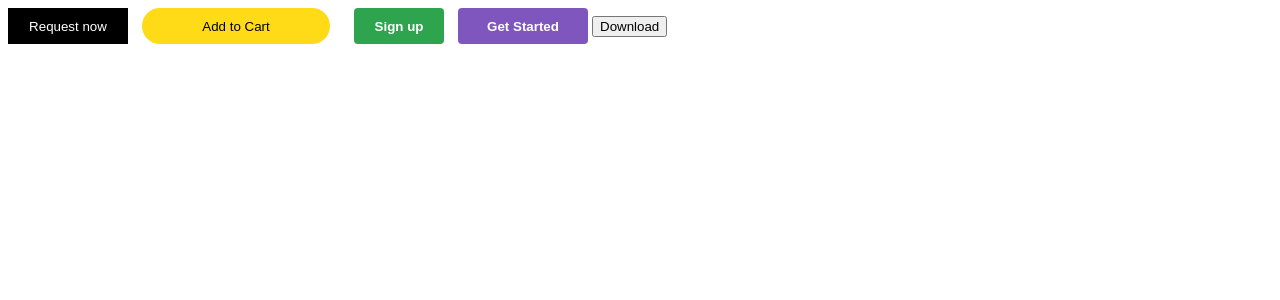
Repository: Kurumilli/Youtube
Page: Exercise3.html
The author's editor kept a copy of each file at every save. The page is drawn from the files as they stood at one save, then again after the next save.
The browser window is 1280 px wide. The pictures show the whole page.

Above is the page before, as saved 2025-01-25 12:28:23.

After the next save:
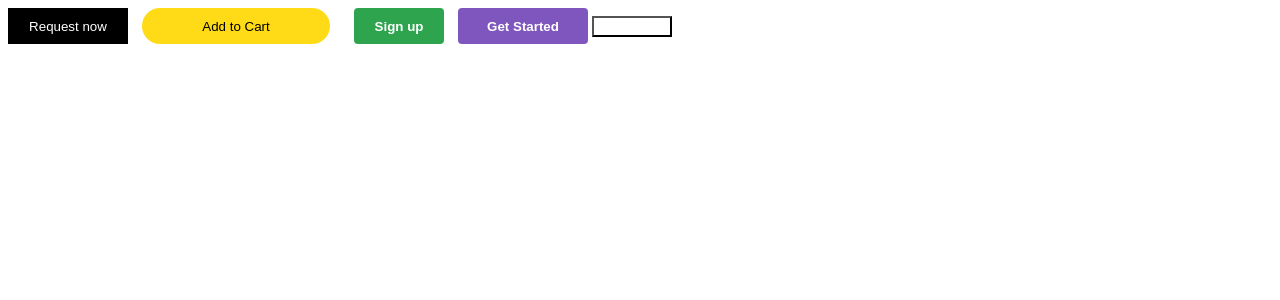
Saved 88 s later.
--- a/Exercise3.html
+++ b/Exercise3.html
@@ -62,6 +62,12 @@
                     background-color: rgb(121, 82, 179);
                 }
 
+                .bootstrap2d{
+                    background-color: white;
+                    color: white;
+                    font-weight: bold;
+
+                }
 
          </style>
          <button class="uber">
